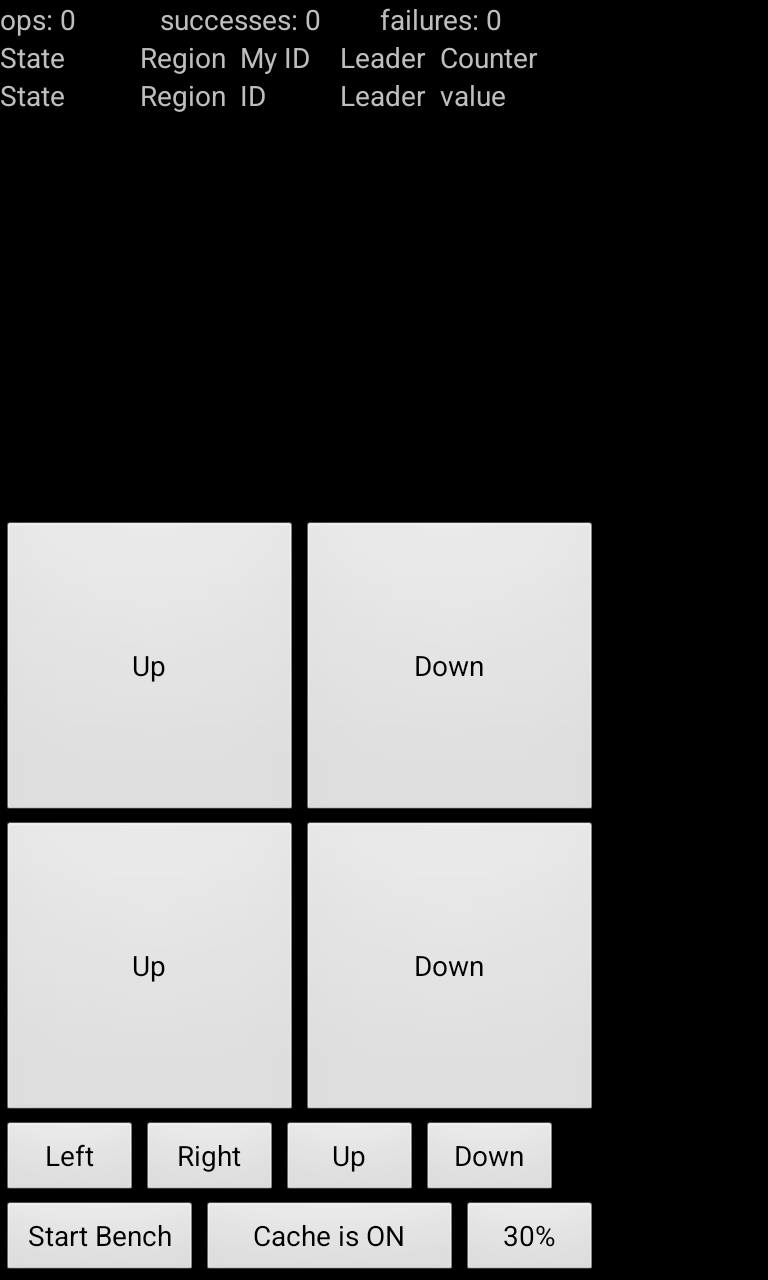
Repository: jasongao/csmcode
Layout: current/workspace/VNConsistent/res/layout/main.xml
An editor plug-in stored every save of this project. The layout is shown before and after the next save, followed by the edit.
It is drawn on a 768 x 1280 px phone screen (xhdpi) without system bars, with theme android:Theme; the app's code is not run. Lists and similar views that code fills are empty.

Above is the layout before, as saved 2011-07-17 15:36:47.

### current/workspace/VNConsistent/res/layout/main.xml
<?xml version="1.0" encoding="utf-8"?>
<LinearLayout xmlns:android="http://schemas.android.com/apk/res/android"
	android:orientation="vertical" android:layout_width="fill_parent"
	android:layout_height="fill_parent">

	<LinearLayout android:layout_width="match_parent"
		android:layout_height="wrap_content" android:id="@+id/CountInfoLayout">
		<TextView android:text="ops: 0" android:layout_height="wrap_content"
			android:id="@+id/opcount_tv" android:layout_width="80dip"></TextView>
		<TextView android:text="successes: 0" android:layout_height="wrap_content"
			android:id="@+id/successcount_tv" android:layout_width="110dip"></TextView>
		<TextView android:text="failures: 0" android:layout_height="wrap_content"
			android:id="@+id/failurecount_tv" android:layout_width="90dip"></TextView>
	</LinearLayout>

	<LinearLayout android:layout_width="match_parent"
		android:layout_height="wrap_content" android:id="@+id/StatusHeadingLayout">
		<TextView android:text="State" android:id="@+id/TextView04"
			android:layout_height="wrap_content" android:layout_width="70dip"></TextView>
		<TextView android:text="Region" android:layout_width="50dip"
			android:id="@+id/TextView03" android:layout_height="wrap_content"></TextView>
		<TextView android:text="My ID" android:layout_width="50dip"
			android:id="@+id/TextView01" android:layout_height="wrap_content"></TextView>
		<TextView android:layout_height="wrap_content"
			android:layout_width="50dip" android:text="Leader" android:id="@+id/TextView05"></TextView>
		<TextView android:text="Counter" android:layout_height="wrap_content"
			android:id="@+id/TextView06" android:layout_width="75dip"></TextView>
	</LinearLayout>
	<LinearLayout android:layout_width="match_parent"
		android:layout_height="wrap_content" android:id="@+id/StatusInfoLayout">
		<TextView android:text="State" android:layout_height="wrap_content"
			android:id="@+id/state_tv" android:layout_width="70dip"></TextView>
		<TextView android:text="Region" android:layout_height="wrap_content"
			android:layout_width="50dip" android:id="@+id/region_tv"></TextView>
		<TextView android:text="ID" android:layout_width="50dip"
			android:id="@+id/id_tv" android:layout_height="wrap_content"></TextView>
		<TextView android:layout_height="wrap_content"
			android:layout_width="50dip" android:text="Leader" android:id="@+id/leader_tv"></TextView>
		<TextView android:layout_height="wrap_content"
			android:layout_width="75dip" android:text="value" android:id="@+id/csm_tv"></TextView>
	</LinearLayout>

	<ListView android:id="@+id/msgList" android:layout_width="fill_parent"
		android:layout_height="fill_parent" android:stackFromBottom="true"
		android:transcriptMode="alwaysScroll" android:layout_weight="1">
	</ListView>

	<LinearLayout android:layout_width="fill_parent"
		android:orientation="horizontal" android:layout_height="wrap_content"
		android:id="@+id/RegionButton1Layout">
		<Button android:text="Up" android:id="@+id/up_button"
			android:layout_width="150dip" android:layout_height="150dip" />
		<Button android:text="Down" android:id="@+id/down_button"
			android:layout_width="150dip" android:layout_height="150dip" />
	</LinearLayout>

	<LinearLayout android:layout_width="fill_parent"
		android:orientation="horizontal" android:layout_height="wrap_content"
		android:id="@+id/RegionButton2Layout">
		<Button android:text="Up" android:id="@+id/up_button"
			android:layout_width="150dip" android:layout_height="150dip" />
		<Button android:text="Down" android:id="@+id/down_button"
			android:layout_width="150dip" android:layout_height="150dip" />
	</LinearLayout>

	<LinearLayout android:layout_width="fill_parent"
		android:orientation="horizontal" android:layout_height="wrap_content"
		android:id="@+id/RegionButtonLayout">
		<Button android:text="Left" android:id="@+id/left_button"
			android:layout_width="70dip" android:layout_height="40dip" />
		<Button android:text="Right" android:id="@+id/right_button"
			android:layout_width="70dip" android:layout_height="40dip" />
		<Button android:text="Up" android:id="@+id/up_button"
			android:layout_width="70dip" android:layout_height="40dip" />
		<Button android:text="Down" android:id="@+id/down_button"
			android:layout_width="70dip" android:layout_height="40dip" />
	</LinearLayout>

	<LinearLayout android:layout_width="fill_parent"
		android:orientation="horizontal" android:layout_height="wrap_content"
		android:id="@+id/TestButtonsLayout">
		<Button android:text="Start Bench" android:layout_width="100dip"
			android:id="@+id/switchbench_button" android:layout_height="40dip"></Button>
		<Button android:layout_width="130dip" android:text="Cache is ON"
			android:id="@+id/cache_button" android:layout_height="40dip"></Button>
		<Button android:text="30%" android:id="@+id/distribution_button"
			android:layout_height="40dip" android:layout_width="70dip"></Button>
	</LinearLayout>

</LinearLayout>

After the next save:
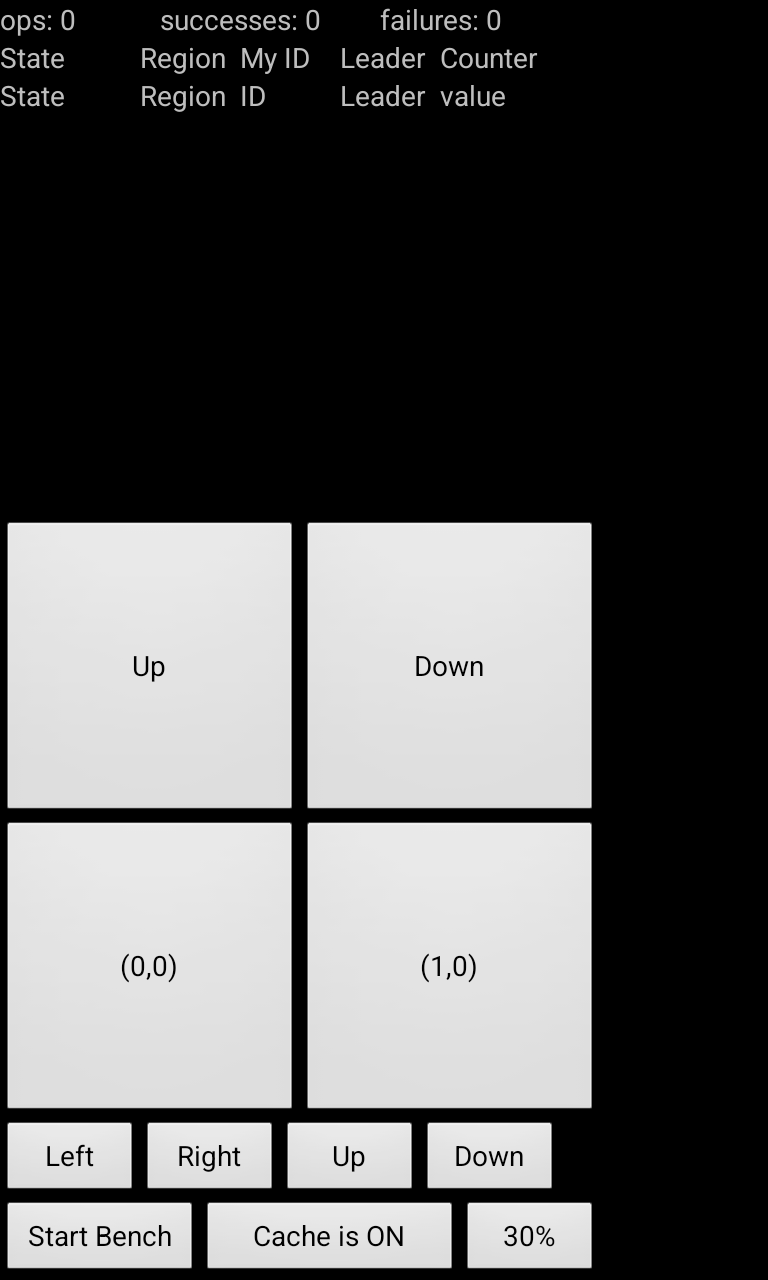
Saved 34 s later.
--- a/current/workspace/VNConsistent/res/layout/main.xml
+++ b/current/workspace/VNConsistent/res/layout/main.xml
@@ -57,9 +57,9 @@
 	<LinearLayout android:layout_width="fill_parent"
 		android:orientation="horizontal" android:layout_height="wrap_content"
 		android:id="@+id/RegionButton2Layout">
-		<Button android:text="Up" android:id="@+id/up_button"
+		<Button android:text="(0,0)" android:id="@+id/up_button"
 			android:layout_width="150dip" android:layout_height="150dip" />
-		<Button android:text="Down" android:id="@+id/down_button"
+		<Button android:text="(1,0)" android:id="@+id/down_button"
 			android:layout_width="150dip" android:layout_height="150dip" />
 	</LinearLayout>
 
